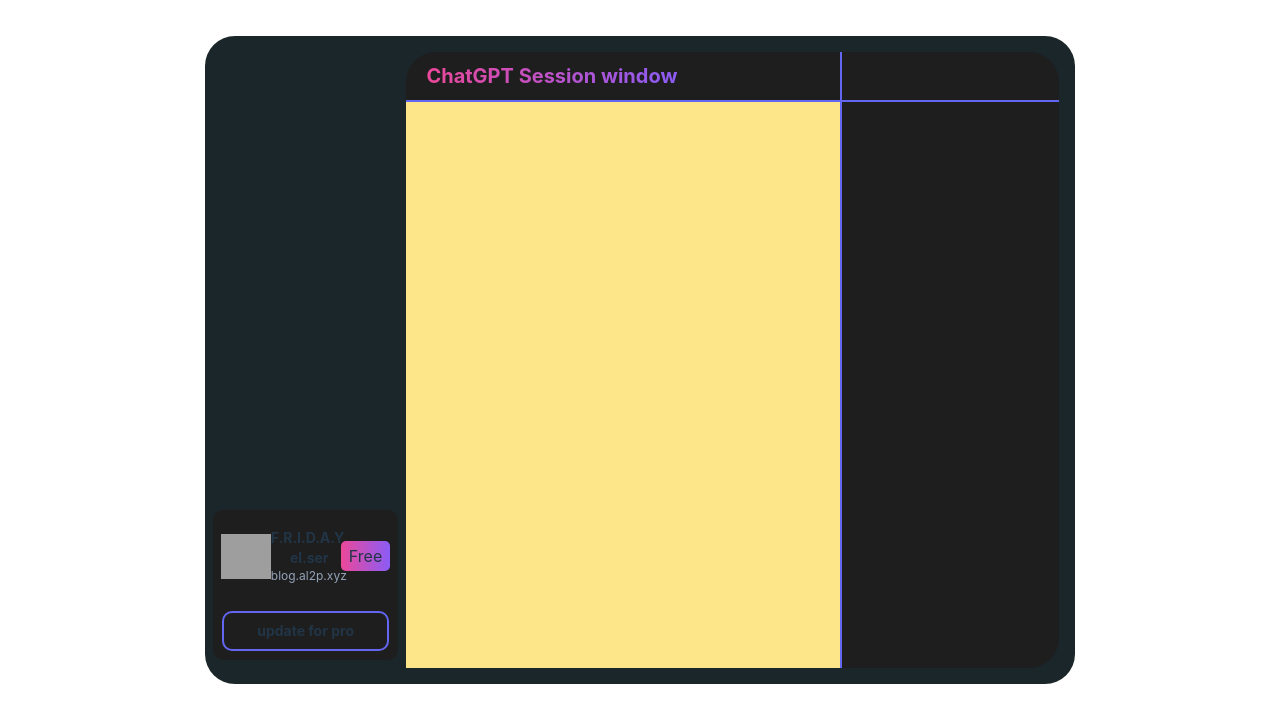
Repository: yezhonghu0503/chatgpt-vue-lac
Page: /
The author's editor kept a copy of each file at every save. The page is drawn from the files as they stood at one save, then again after the next save.
The browser window is 1280 px wide. The pictures show the whole page.
Pictures or frames that could not be fetched are drawn as grey boxes. The project was rebuilt for these pictures with package versions that can differ from the ones it lists, and the page was loaded fresh each time. Also part of the build but not shown: vite.config.ts.

Above is the page before, as saved 2023-05-18 16:17:08.

After the next save:
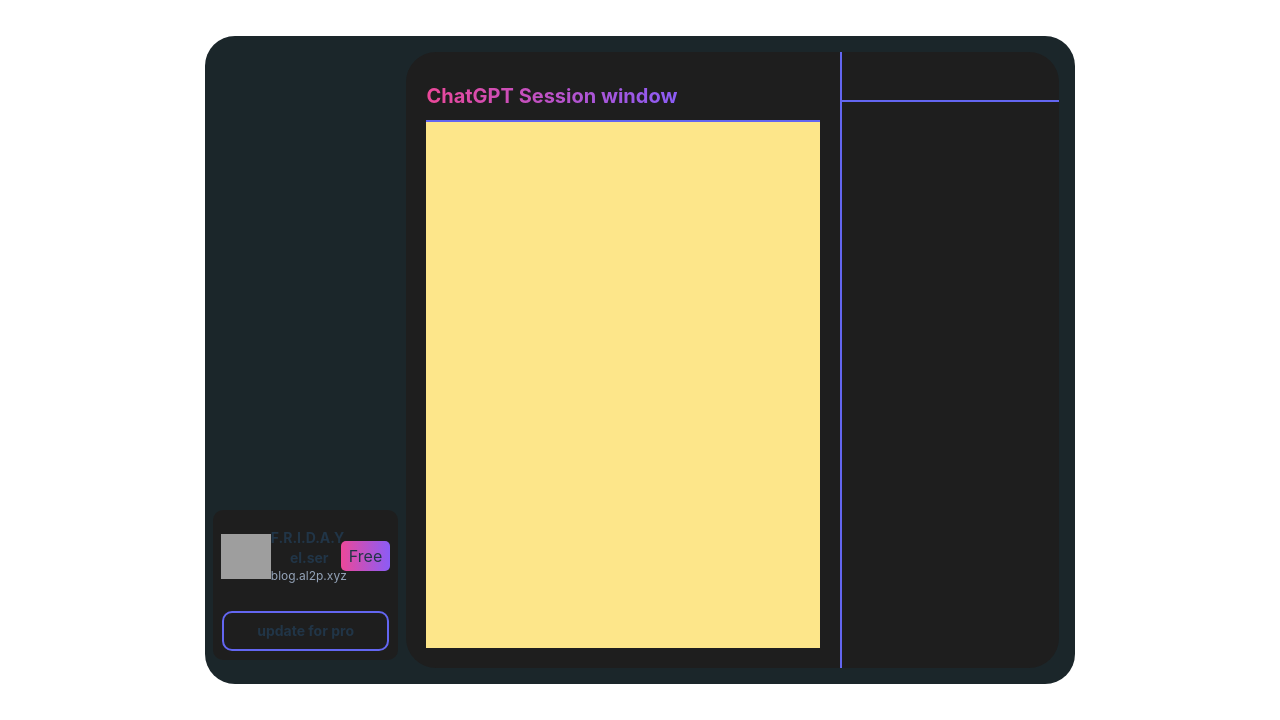
Saved 25 s later.
--- a/src/components/chat-main/chatMain.vue
+++ b/src/components/chat-main/chatMain.vue
@@ -1,8 +1,10 @@
 <template>
   <div class="w-[51vw] h-[100%] bg-rg-chat rounded-[30px] flex">
-    <div class="flex flex-col w-[34vw] h-[100%] border-r-2 border-indigo-500">
+    <div
+      class="flex flex-col w-[34vw] h-[100%] border-r-2 border-indigo-500 p-5"
+    >
       <div
-        class="w-[100%] h-[50px] border-b-2 border-indigo-500 flex justify-start items-center p-5"
+        class="w-[100%] h-[50px] border-b-2 border-indigo-500 flex justify-start items-center"
       >
         <span
           class="text-xl font-bold text-transparent bg-clip-text bg-gradient-to-r from-pink-500 to-violet-500"

After the save that followed:
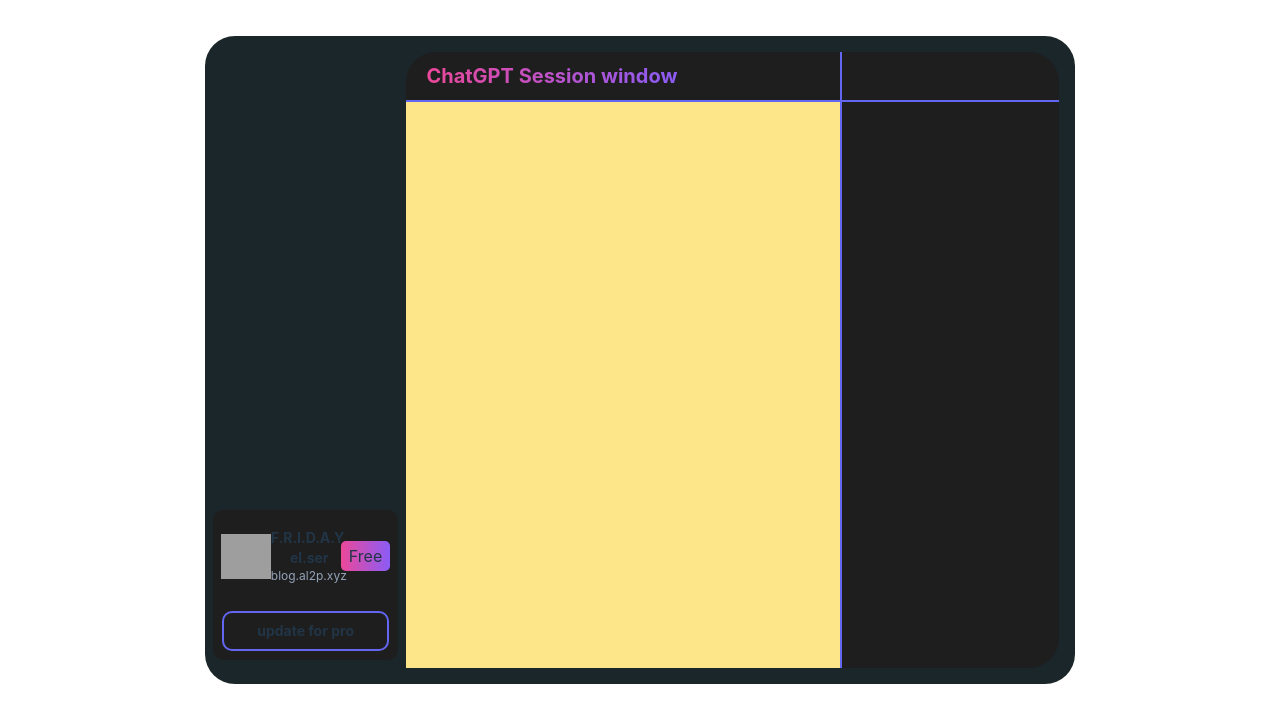
Saved 7 s later.
--- a/src/components/chat-main/chatMain.vue
+++ b/src/components/chat-main/chatMain.vue
@@ -1,10 +1,8 @@
 <template>
   <div class="w-[51vw] h-[100%] bg-rg-chat rounded-[30px] flex">
-    <div
-      class="flex flex-col w-[34vw] h-[100%] border-r-2 border-indigo-500 p-5"
-    >
+    <div class="flex flex-col w-[34vw] h-[100%] border-r-2 border-indigo-500">
       <div
-        class="w-[100%] h-[50px] border-b-2 border-indigo-500 flex justify-start items-center"
+        class="w-[100%] h-[50px] border-b-2 border-indigo-500 flex justify-start items-center p-5"
       >
         <span
           class="text-xl font-bold text-transparent bg-clip-text bg-gradient-to-r from-pink-500 to-violet-500"
